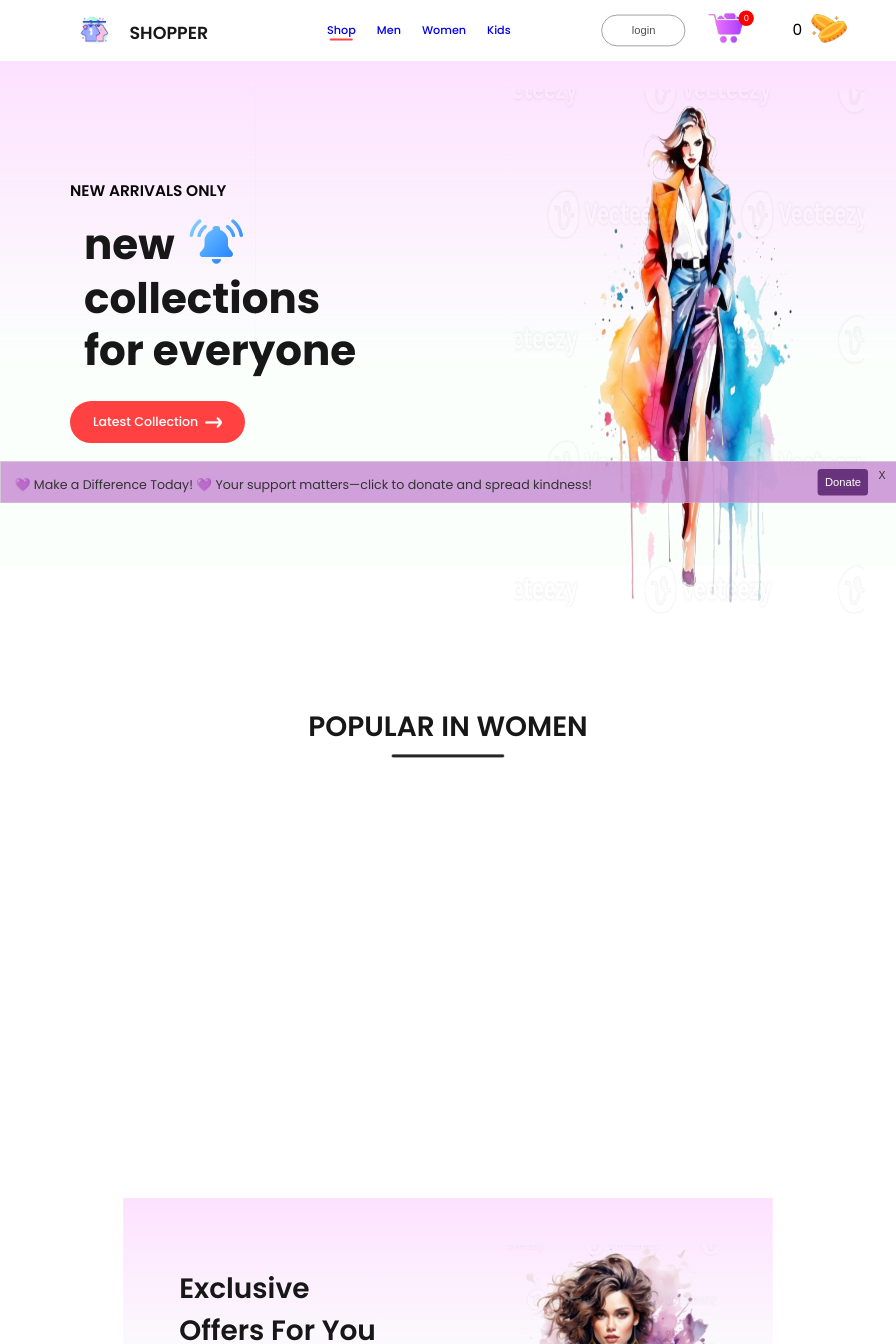
Repository: PayalJakhar/Shoppers-E-commerce-Website
Page: / (app in frontend/)
These files come from the project's save history. The page is drawn as it stood at one moment and after the next save; the edit follows.
The browser window is 1280 px wide. The pictures show the part of the page from y = 0 to 1920 px (the page is 3692 px tall), at 70% of full size.
The page's requests for data from a server got no answer. The project was rebuilt for these pictures with package versions that can differ from the ones it lists, and the page was loaded fresh each time. No one was signed in, and anything a server would have sent is missing. Also part of the build but not shown: frontend/src/App.css, frontend/src/Components/Item/Item.css, frontend/src/Components/Item/Item.jsx, frontend/src/Pages/Css/ShopCategory.css, frontend/src/Pages/ShopCategory.jsx, frontend/src/Components/Breadcrums/Breadcrum.css, frontend/src/Components/Breadcrums/Breadcrum.jsx, frontend/src/Components/ProductDisplay/ProductDisplay.css and 13 more.

Above is the page before, as saved 2025-02-07 19:40:22.

After the next save:
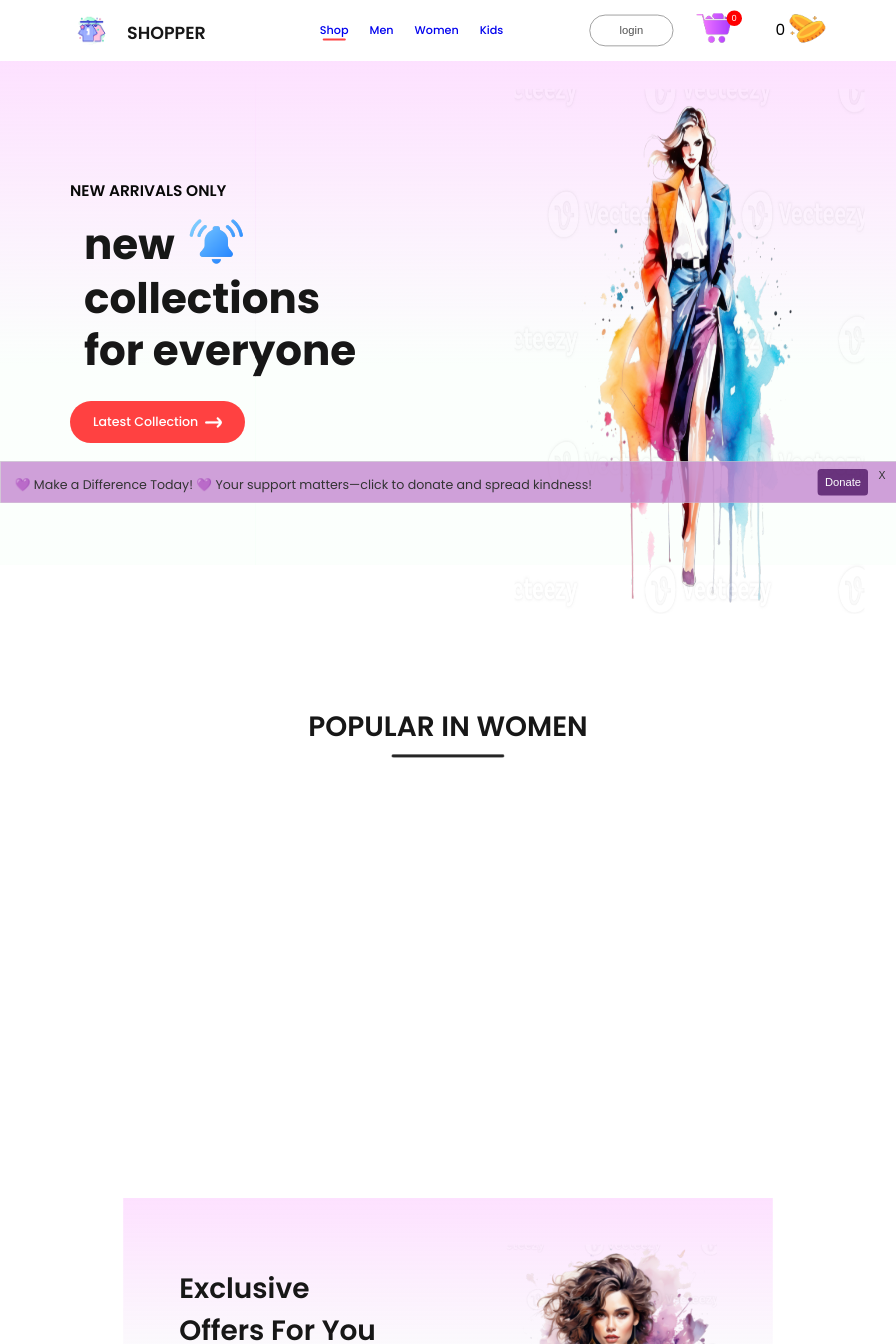
Saved 4 s later.
--- a/frontend/src/Components/Navbar/Navbar.css
+++ b/frontend/src/Components/Navbar/Navbar.css
@@ -93,7 +93,7 @@
 }
 
 .nav-login-coin{
-    margin-right:-45px;
+    margin-right:-10px;
 }
 /* here we are making it responsive for max-width: 1280px */
 
